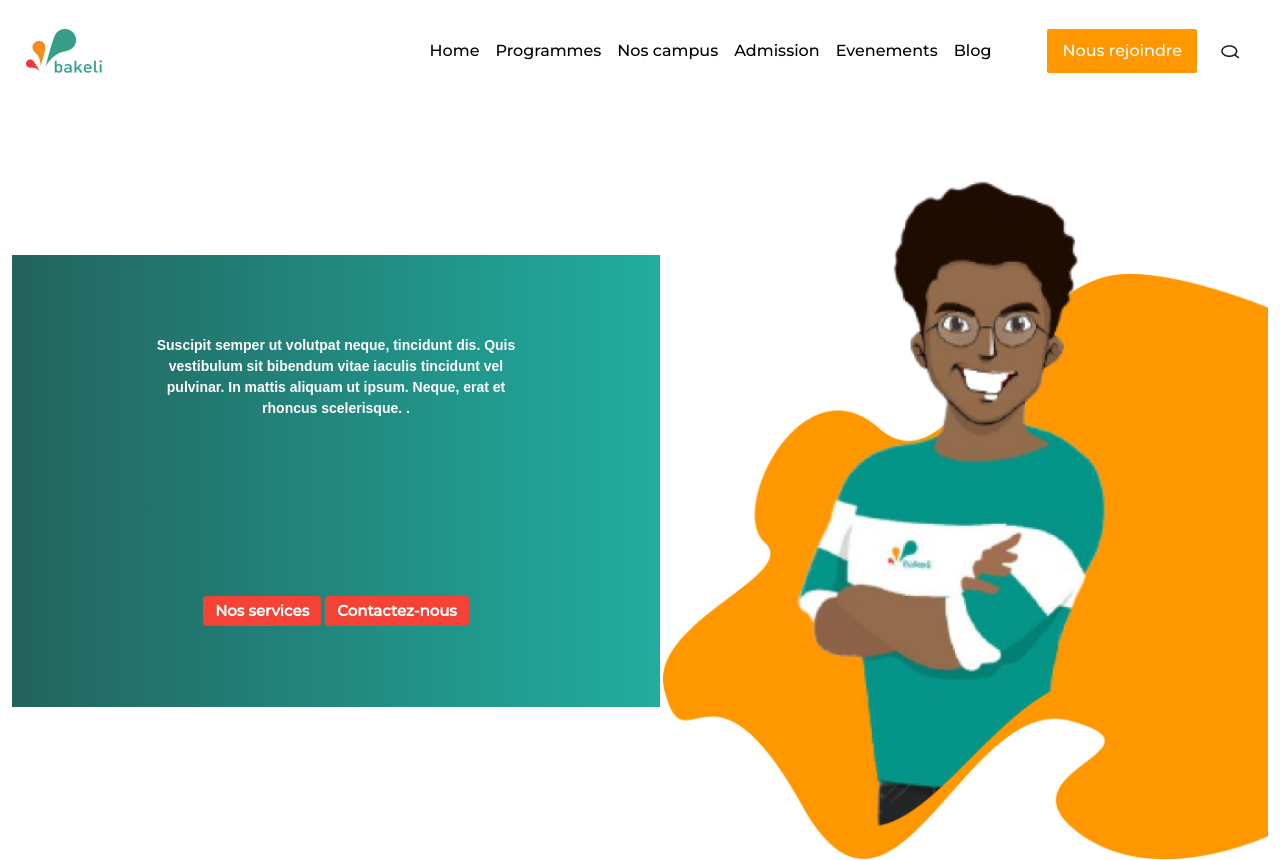
Repository: wadelfadill/tache_6_validation_prototype_bootstrap
Page: index.html
These files come from the project's save history. The page is drawn as it stood at one moment and after the next save; the edit follows.
The browser window is 1280 px wide. The pictures show the whole page.
Some web libraries are served in a nearby version.

Above is the page before, as saved 2023-04-24 12:18:46.

### index.html
<!DOCTYPE html>
<html lang="en">
<head>
    <meta charset="UTF-8">
    <meta http-equiv="X-UA-Compatible" content="IE=edge">
    <meta name="viewport" content="width=device-width, initial-scale=1.0">
    <!--------titre du site--------->
    <title>Document</title>

    <!-------link vers le site de bootstrap-->
    <link href="https://cdn.jsdelivr.net/npm/bootstrap@5.1.3/dist/css/bootstrap.min.css" rel="stylesheet" integrity="sha384-1BmE4kWBq78iYhFldvKuhfTAU6auU8tT94WrHftjDbrCEXSU1oBoqyl2QvZ6jIW3" crossorigin="anonymous">

    <!--------link vers le fichier css---------->
    <link rel="stylesheet" href="style.css">

    <!---------Google Fonts links------------>
    <link rel="preconnect" href="https://fonts.googleapis.com">
    <link rel="preconnect" href="https://fonts.gstatic.com" crossorigin>
    <link href="https://fonts.googleapis.com/css2?family=Manrope&family=Montserrat:wght@500&family=Poppins:wght@200&family=Roboto&display=swap" rel="stylesheet">
    <!------------ Google Font Awesome ----------->
    <script src="https://kit.fontawesome.com/8f130c8a35.js" crossorigin="anonymous"></script>
</head>
<body>

    <!-- ========== Start Header Section ========== -->
    <header id="header">
        <nav class="navbar navbar-expand-lg">
            <div class="container-fluid p-3">
              <a class="navbar-brand" href="#"><img src="image/logo.png" alt=""></a>
              <button class="navbar-toggler" type="button" data-bs-toggle="collapse" data-bs-target="#navbarNav" aria-controls="navbarNav" aria-expanded="false" aria-label="Toggle navigation">
                <i class="fa-solid fa-bars" style="color: #000000;"></i>
              </button>
              <div class="collapse navbar-collapse mt-4 mt-lg-0" id="navbarNav">
                <ul class="navbar-nav ms-auto">
                  <li class="nav-item">
                    <a class="nav-link active" aria-current="page" href="#">Home</a>
                  </li>
                  <li class="nav-item">
                    <a class="nav-link" href="#">Programmes</a>
                  </li>
                  <li class="nav-item">
                    <a class="nav-link" href="#">Nos campus</a>
                  </li>
                  <li class="nav-item">
                    <a class="nav-link" href="#">Admission</a>
                  </li>
                  <li class="nav-item">
                    <a class="nav-link" href="#">Evenements</a>
                  </li>
                  <li class="nav-item">
                    <a class="nav-link" href="">Blog</a>
                  </li>
                </ul>
                <button class="btn btn-primary ms-lg-5 mt-3 mt-lg-0">Nous rejoindre</button>
                <a href="#" class="me-lg-4 ms-lg-4 ms-1 d-block d-lg-inline mt-3 mt-lg-0"><img src="image/Groupsearch.png" alt=""></a>
              </div>
            </div>
          </nav>
    </header>
    <!-- ========== End Header Section ========== -->
    <!---------------------------------------------------->
    <!-- ========== Start Main Section ========== -->
    <main id="main">
        <!-- ========== Start Home Section ========== -->
        <section id="home">
            <div class="container-fluid">
                <div class="row align-items-center">
                    <div class="col-md-6">
                        <div class="container space-vert justify-content-between text-center d-flex justify-content-around flex-column">
                            <p>Suscipit semper ut volutpat neque, tincidunt dis.
                                Quis <br> vestibulum sit bibendum vitae iaculis tincidunt
                                 vel <br> pulvinar. In mattis aliquam ut ipsum.
                                 Neque, erat et <br> rhoncus scelerisque. .
                            </p>
                            <div class="d-grid gap-2 d-md-block d-block">
                                <button class="btn btn-primary" type="button">Nos services</button>
                                <button class="btn btn-primary" type="button">Contactez-nous</button>
                            </div>
                        </div>
                    </div>
                    <div class="col-md-6">
                        <div class="img">
                            <img src="image/Group 27.png" class="img-fluid w-100 h-100 profile"alt="">
                        </div>
                    </div>
                </div>
            </div>
        </section>
        <!-- ========== End Home Section ========== -->

        <!-- ========== Start Formation Section ========== -->
        <section id="formations">

        </section>
        <!-- ========== End Formation Section ========== -->

        <!-- ========== Start Cours Section ========== -->
        <section id="cours">

        </section>
        <!-- ========== End Cours Section ========== -->

        <!-- ========== Start diplomes Section ========== -->
        <section id="diplomes">

        </section>
        <!-- ========== End diplomes Section ========== -->

        <!-- ========== Start coach Section ========== -->
        <section id="coach">

        </section>
        <!-- ========== End coach Section ========== -->

        <!-- ========== Start activites Section ========== -->
        <section id="activites">

        </section>
        <!-- ========== End activites Section ========== -->

        <!-- ========== Start partenaires Section ========== -->
        <section id="partenaires">

        </section>
        <!-- ========== End partenaires Section ========== -->

    </main>
    <!-- ========== End Main Section ========== -->
    <!----------------------------------------------------->
    <!-- ========== Start Footer Section ========== -->
    <footer id="footer">

    </footer>
    <!-- ========== End Footer Section ========== -->
    <!------------------------------------------------------->
    <!----------- bootstrap script ------------->
    <script src="https://cdn.jsdelivr.net/npm/bootstrap@5.1.3/dist/js/bootstrap.bundle.min.js" integrity="sha384-ka7Sk0Gln4gmtz2MlQnikT1wXgYsOg+OMhuP+IlRH9sENBO0LRn5q+8nbTov4+1p" crossorigin="anonymous"></script>
</body>
</html>

### style.css
/* ===== variables css ======= */
:root{
    --bg-white:#FFFFFF;
    --bg-orange:#FF9800;
    --bg-green:#009688;
    --bg-linear-green: linear-gradient(90deg, rgba(13, 66, 61, 0.9) -22.84%, rgba(12, 199, 181, 0.9) 138.88%),linear-gradient(0deg, #E6E6E6, #E6E6E6);
    --bg-second-orange:#F44336;
    --bg-gray:rgba(238, 249, 248, 0.9);

}

/*======== General ============*/
*{
    padding: 0;
    margin: 0;
}
body{
    padding: 0;
    margin: 0;
    background: var(--bg-white);
}

/*============= navbar ================*/
nav{
    font-family: 'Montserrat';
    font-weight: 400;
    color: black;
    background: var(--bg-white);
    padding-left: 10px;
}
nav .navbar-brand img{
    width: 76px;
    height: 43.78px;
}
nav a.nav-link{
    color: black;
    padding-left: 10px;
    padding-right: 10px;
}
nav a.nav-link:hover, nav a.nav-link:focus{
    color: black;
}
nav .btn-primary, nav .btn-primary:hover, nav .btn-primary:focus{
    background: var(--bg-orange);
    color: var(--bg-white);
    border: none;
    box-shadow: none;
}
nav #navbarNav button{
    padding: 10px;
    padding-left: 15px;
    padding-right: 15px;
    border-radius: 2px;
}
nav button i{
    font-size: 40px;
}
nav .navbar-toggler:focus{
    box-shadow: none;
    border: none;
}

/* =========== home section =========== */
.space-vert{
    width: 648px;
    height: 452px;
    background: var(--bg-linear-green);
}
.space-vert p{
    font-family: 'arial';
    font-weight: 700;
    font-size: 14px;
    line-height: 21px;
    color: var(--bg-white);
}
.space-vert .btn-primary, .space-vert .btn-primary:hover, .space-vert .btn-primary:focus{
    font-family: 'Montserrat';
    background: var(--bg-second-orange);
    color: var(--bg-white);
    border: none;
    box-shadow: none;
    font-weight: 700;
    font-size: 15px;
    line-height: 18px;
}
.profile{
    background-image: url("image/Vectors.png");
    background-repeat: no-repeat;
    background-position: 10px bottom;
    background-size: contain;
}

After the next save:
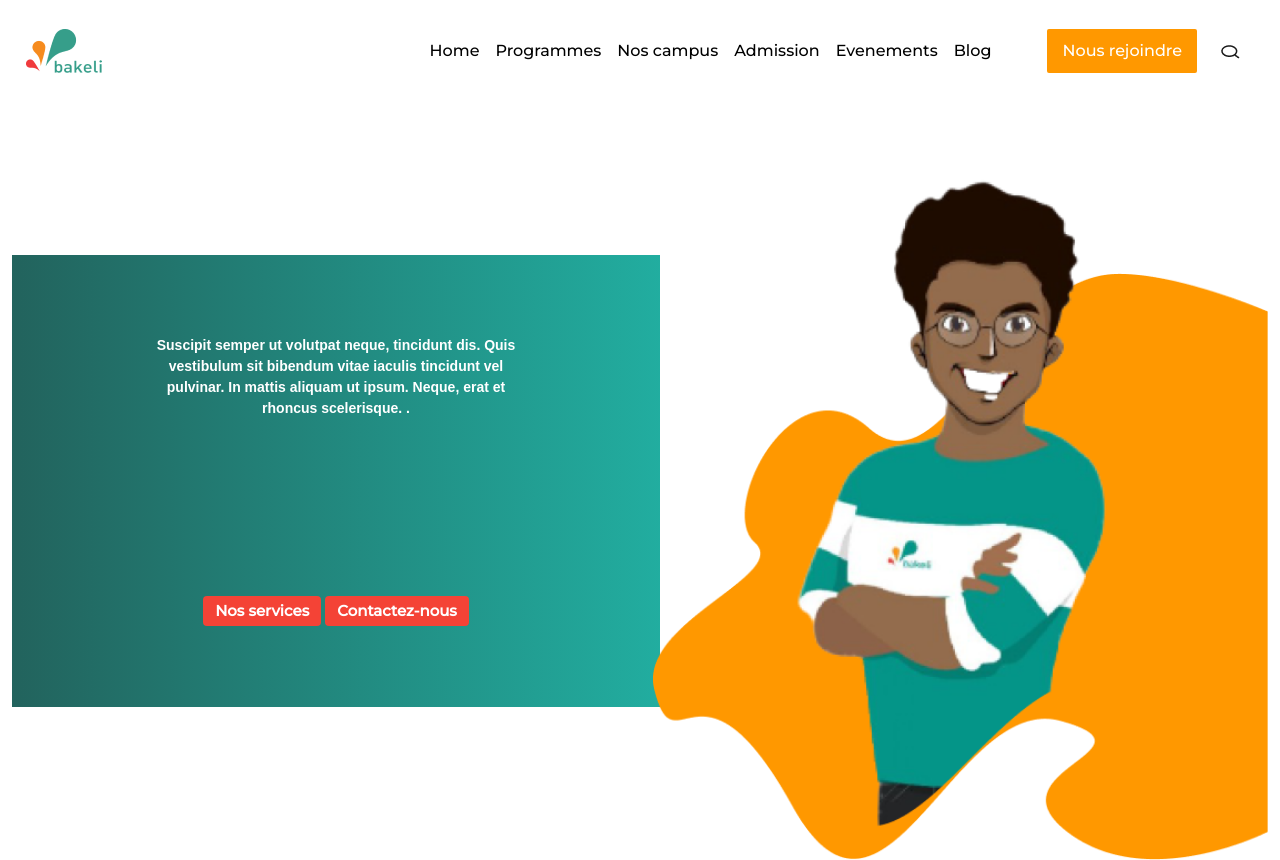
Saved 12 s later.
--- a/style.css
+++ b/style.css
@@ -86,6 +86,6 @@
 .profile{
     background-image: url("image/Vectors.png");
     background-repeat: no-repeat;
-    background-position: 10px bottom;
+    background-position: bottom;
     background-size: contain;
 }
